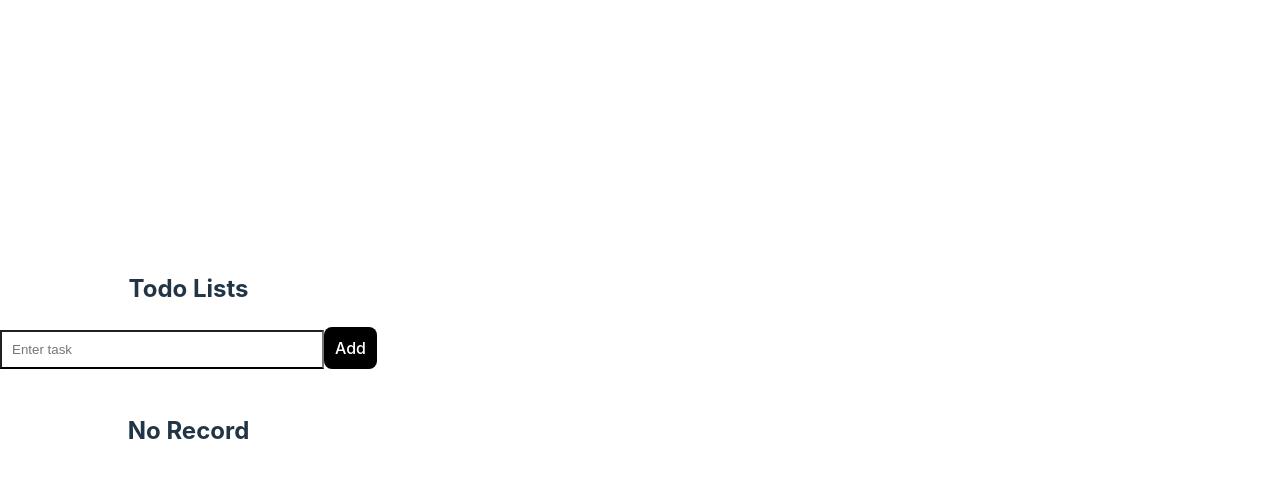
Repository: thainguyen282/TodoList
Page: / (app in todolist/)
These files come from the project's save history. The page is drawn as it stood at one moment and after a run of saves; the edit follows.
The browser window is 1280 px wide. The pictures show the whole page.
The page's requests for data from a server got no answer. The project was rebuilt for these pictures with package versions that can differ from the ones it lists, and the page was loaded fresh each time. No one was signed in, and anything a server would have sent is missing. Also part of the build but not shown: todolist/vite.config.js.

Above is the page before, as saved 2023-11-12 11:47:30.

After the next 3 saves:
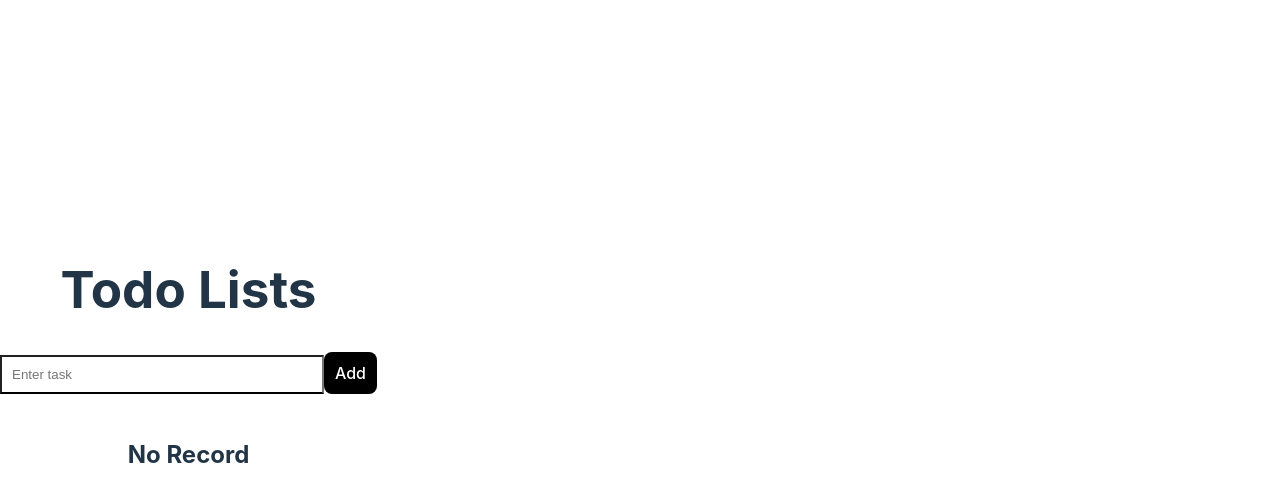
The 3 saves are shown as one change because they came seconds apart.
The last was saved 24 s later.
--- a/todolist/src/Home.jsx
+++ b/todolist/src/Home.jsx
@@ -22,7 +22,7 @@ function Home() {
     }
     return (
         <div className="home">
-            <h2>Todo Lists</h2>
+            <h1>Todo Lists</h1>
             <Create />
             <br />
             {
